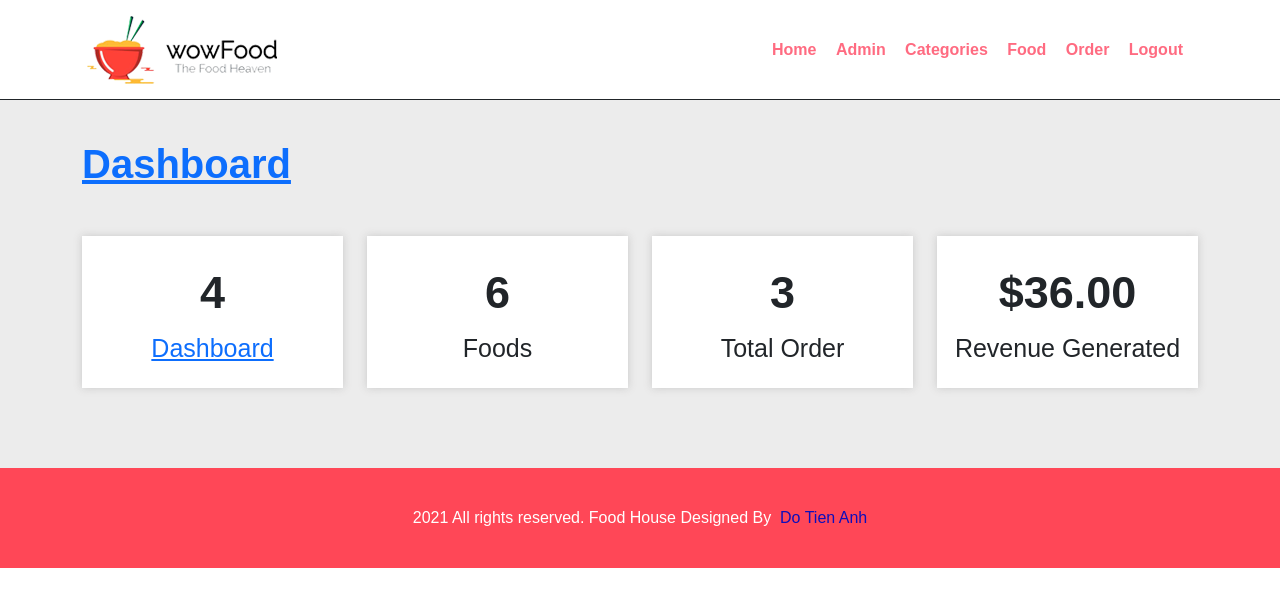
Repository: ruaruababa/RestaurantBS5
Page: http://localhost/admin/index.php
The author's editor kept a copy of each file at every save. The page is drawn from the files as they stood at one save, then again after a run of saves.
The browser window is 1280 px wide. The pictures show the whole page.
The page is run by PHP 8.4 with error messages shown; the project is at /var/www/html/.

Above is the page before, as saved 2021-09-26 22:10:27.

### admin/index.php
<!DOCTYPE html>
<html lang="en">

<head>
    <meta charset="UTF-8">
    <meta http-equiv="X-UA-Compatible" content="IE=edge">
    <meta name="viewport" content="width=device-width, initial-scale=1.0">

    <title>Admin</title>
    <link rel="stylesheet" href="responsive.css">
    <link rel="stylesheet" href="style_admin.css">
    <link href="https://cdn.jsdelivr.net/npm/bootstrap@5.1.1/dist/css/bootstrap.min.css" rel="stylesheet"
        integrity="sha384-F3w7mX95PdgyTmZZMECAngseQB83DfGTowi0iMjiWaeVhAn4FJkqJByhZMI3AhiU" crossorigin="anonymous" />
    <link rel="stylesheet" href="https://cdn.jsdelivr.net/npm/bootstrap-icons@1.5.0/font/bootstrap-icons.css" />
    <link rel="stylesheet" href="https://cdnjs.cloudflare.com/ajax/libs/font-awesome/6.0.0-beta2/css/all.min.css"
        integrity="sha512-YWzhKL2whUzgiheMoBFwW8CKV4qpHQAEuvilg9FAn5VJUDwKZZxkJNuGM4XkWuk94WCrrwslk8yWNGmY1EduTA=="
        crossorigin="anonymous" referrerpolicy="no-referrer" />
</head>

<body>
    <!-- header -->
    <div class="header">
        <div class="container">
            <div class="header_container">
                <div class="navbar__logo">
                    <a href="">
                        <img src="img/logo.png" alt="" class="navbar__img">
                    </a>
                </div>
                <label for="nav_menu-bar" class="menu_bar-item">
                    <i class="menu_bar-icon fas fa-bars"></i>
                </label>
                <input type="checkbox" name="" hidden class="nav_show" id="nav_menu-bar">

                <div class="list">

                    <a href="index.php" class="list__item">
                        Home
                    </a>
                    <a href="admin.php" class="list__item">
                        Admin
                    </a>
                    <a href="category.php" class="list__item">
                        Categories
                    </a>

                    <a href="food.php" class="list__item">
                        Food
                    </a>

                    <a href="order.php" class="list__item">
                        Order
                    </a>
                    <a href="#" class="list__item">
                        Logout
                    </a>
                </div>


            </div>


        </div>
    </div>
    <!-- End header -->
    <!-- Slider -->
    <div class="main">
        <div class="container">
            <h4 class="main__title"><a href="#" style="text-deco">Dashboard</a></h4>
            <div class="row">
                <div class="col-lg-3 ">
                    <div class="main__dashboard">
                        <h4 class="main__dashboard-number">4</h4>
                        <span class="main__dashboard-name"><a href="/restaurantbs5/admin/category.php">Dashboard</a></span>
                    </div>

                </div>
                <div class="col-lg-3 ">
                    <div class="main__dashboard">
                        <h4 class="main__dashboard-number">6</h4>
                        <span class="main__dashboard-name">Foods</span>
                    </div>

                </div>
                <div class="col-lg-3 ">
                    <div class="main__dashboard">
                        <h4 class="main__dashboard-number">3</h4>
                        <span class="main__dashboard-name">Total Order</span>
                    </div>

                </div>
                <div class="col-lg-3 ">
                    <div class="main__dashboard">
                        <h4 class="main__dashboard-number">$36.00</h4>
                        <span class="main__dashboard-name">Revenue Generated</span>
                    </div>

                </div>
            </div>

        </div>
    </div>
    <!-- End Slider -->
    <!-- FOOTER -->
    <div class="footer">
        <div class="footer__text">
            <span>
                2021 All rights reserved. Food House Designed By&nbsp
            </span>

            <span class="footer__name-dev"> Do Tien Anh</span>

        </div>
    </div>
    <!-- End footer -->
    <script src="https://cdn.jsdelivr.net/npm/bootstrap@5.1.1/dist/js/bootstrap.bundle.min.js"
        integrity="sha384-/bQdsTh/da6pkI1MST/rWKFNjaCP5gBSY4sEBT38Q/9RBh9AH40zEOg7Hlq2THRZ" crossorigin="anonymous">
    </script>
</body>

</html>

### admin/responsive.css
/* --pc  */

@media (min-width:1025px) {
    .menu_bar-item {
        display: none;
    }
}

@media(min-width:740px) and (max-width:1024px) {
    .menu_bar-item {
        display: none;
    }
    .foodmenu-img {
        border-radius: 50% !important;
    }
}


/*Mobile */

@media (max-width:739px) {
    .list {
        display: flex;
        right: 0;
        top: 100px;
        flex-direction: column;
        position: fixed;
        width: 70%;
        height: 100%;
        background-color: rgb(231, 185, 98);
        background-image: linear-gradient(to left, rgb(231, 185, 98), pink);
        border-left: 3px solid #fff;
        clip-path: polygon(100% 0, 100% 0, 100% 100%, 100% 100%);
    }
    .list__item {
        padding: 20px;
        margin: 0 15px;
        border-bottom: 1px dotted;
        color: #fff !important;
        text-align: end;
    }
    .nav_show:checked~.list {
        clip-path: polygon(100% 0, 0 0, 0 100%, 100% 100%);
    }
    .footer__text {
        font-size: 12px;
    }
    .main__title {
        font-size: 30px !important;
    }
}

### admin/style_admin.css
* {
    margin: 0;
    padding: 0;
    box-sizing: border-box;
    font-family: 'Nunito', sans-serif;
    transition: all 0.2s linear;
}


/*-------------- Header------------ */


/* Navbar top */

.header {
    position: fixed;
    top: 0;
    left: 0;
    right: 0;
    z-index: 1;
    background-color: #fff;
    height: 100px;
    border-bottom: 1px solid;
}

.header_container {
    display: flex;
    justify-content: space-between;
    align-items: center;
    padding: 20px 0;
    height: 100px;
}

.menu_bar-item {
    border: 1px solid;
    margin-right: 10px;
    border-radius: 3px;
}

.menu_bar-icon {
    font-size: 20px;
    padding: 10px 15px;
}

.list__item {
    margin-right: 15px;
    font-weight: 600;
    color: #ff6b81;
    cursor: pointer;
    text-decoration: none;
}

.list__item:hover {
    color: black;
}


/* End navbar top */


/* Navbar bottom */

.main {
    padding-top: 100px;
    padding-bottom: 80px;
    background-color: #ececec;
}

.main__title {
    padding: 40px 0;
    font-weight: 700;
    font-size: 40px;
}

.main__dashboard {
    text-align: center;
    padding: 20px 0;
    box-shadow: 0 0 8px rgba(122, 120, 120, 0.3);
    background-color: #fff;
}

.main__dashboard-number {
    padding: 10px 0;
    margin: 0;
    font-size: 45px;
    font-weight: 700;
}

.main__dashboard-name {
    padding: 10px 0;
    font-size: 25px;
}

.footer {
    background-color: #ff4757;
    height: 100px;
    text-align: center;
}

.footer__text {
    height: 100px;
    line-height: 100px;
    color: #fff;
}

.footer__name-dev {
    color: rgb(14, 14, 186);
}


/* ------------- */

.btn {
    background-color: rgb(59, 142, 214);
    color: #fff;
    outline: none;
    margin-bottom: 30px;
}

th {
    border-right: 5px solid #ddd;
}

tr,
th,
td {
    border: none;
}

.color_change {
    margin: 0;
}

.color_update {
    background-color: #7bed9f;
    margin: 0;
}

.color_delete {
    background-color: #ff6b81;
    margin: 0;
}

.table_img {
    width: 25%;
    border-radius: 10px;
}

.border_right {
    border-bottom: 1px solid;
    border-right: 5px solid #ececec;
}

After the next 2 saves:
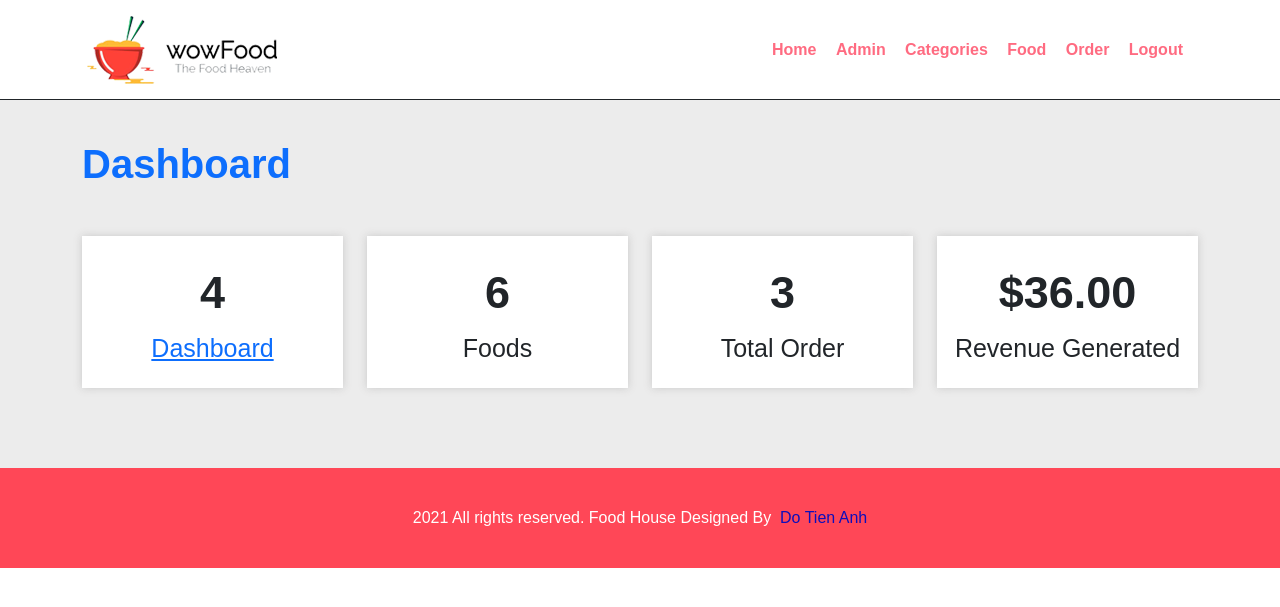
The 2 saves are shown as one change because they came seconds apart.
The last was saved 13 s later.
--- a/admin/index.php
+++ b/admin/index.php
@@ -66,7 +66,7 @@
     <!-- Slider -->
     <div class="main">
         <div class="container">
-            <h4 class="main__title"><a href="#" style="text-deco">Dashboard</a></h4>
+            <h4 class="main__title"><a href="#" style="text-decoration: none;">Dashboard</a></h4>
             <div class="row">
                 <div class="col-lg-3 ">
                     <div class="main__dashboard">
